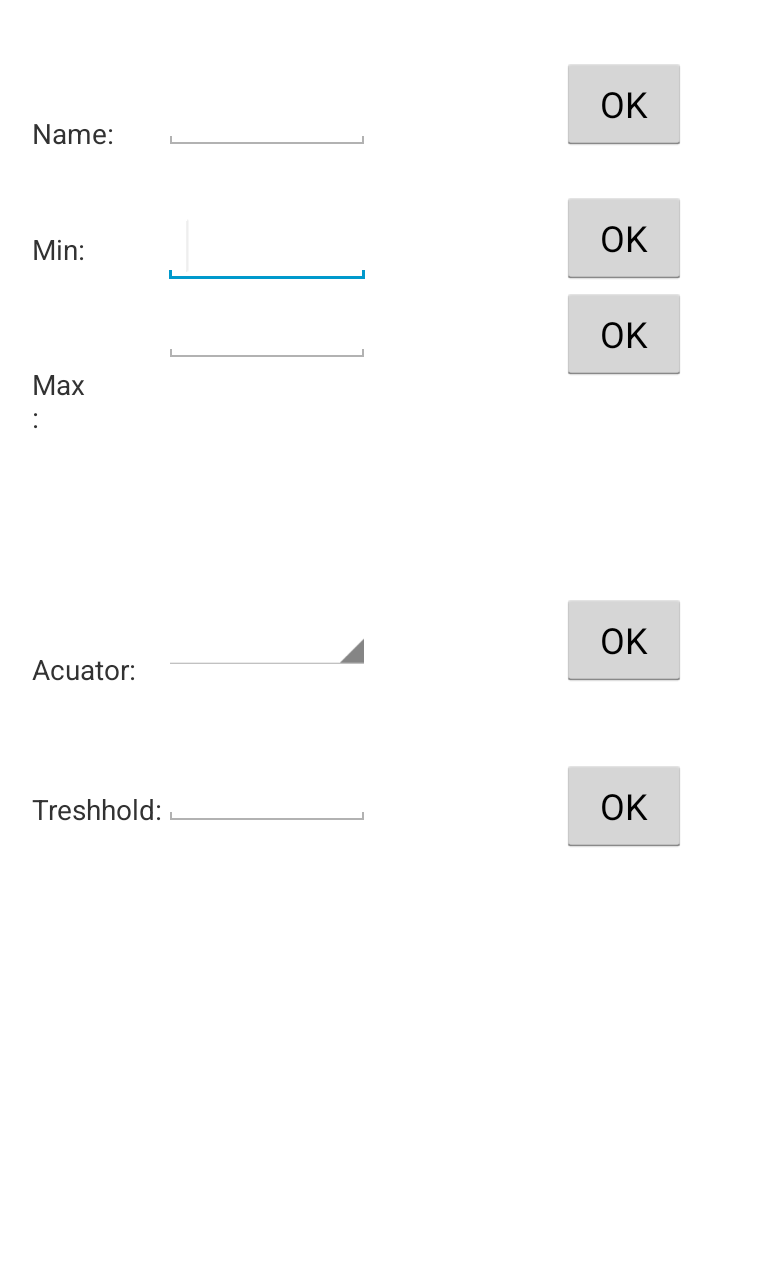
Repository: CTIS-SP-Team5/greenAgent
Layout: Android/GreenAgent/GreenAgent/res/layout/activity_view_setting.xml
The author's editor kept a copy of each file at every save. The layout is drawn from the files as they stood at one save, then again after the next save.
It is drawn on a 768 x 1280 px phone screen (xhdpi) without system bars, with theme AppTheme; the app's code is not run.

Above is the layout before, as saved 2014-05-05 18:12:04.

After the next save:
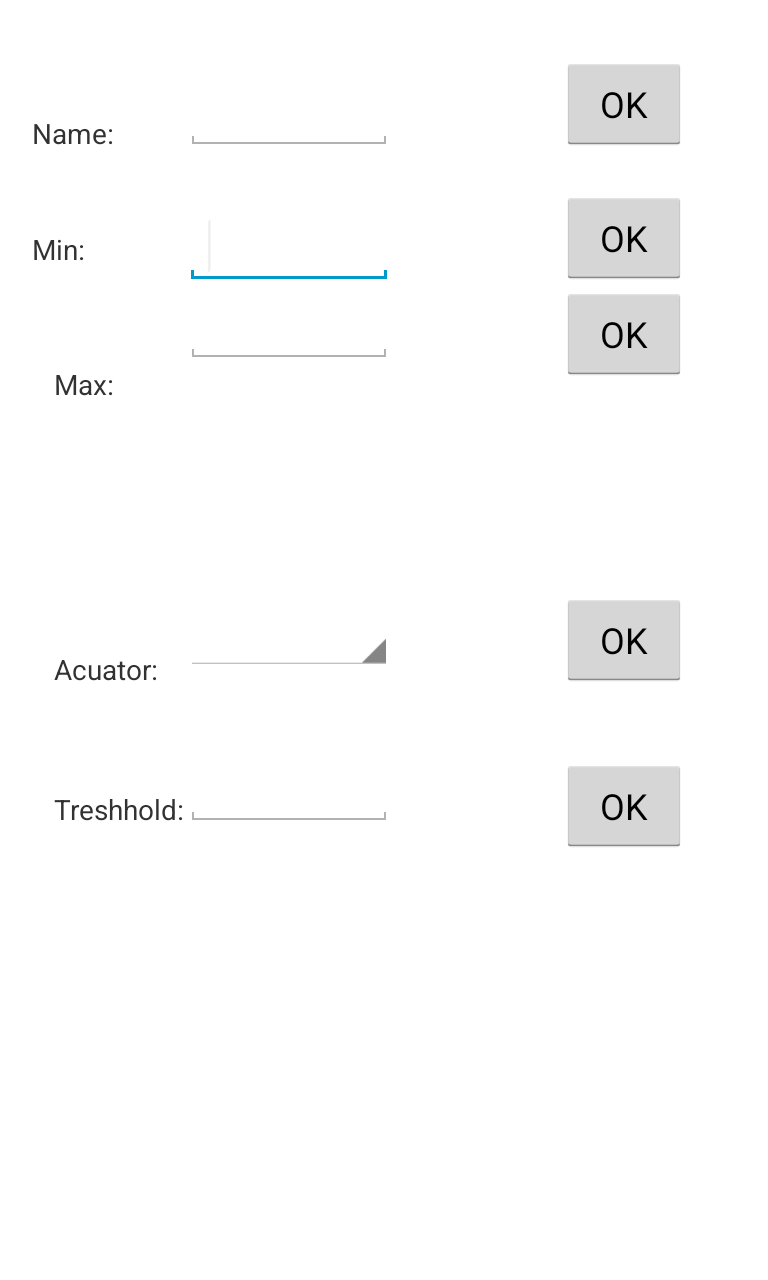
Saved 24 s later.
--- a/Android/GreenAgent/GreenAgent/res/layout/activity_view_setting.xml
+++ b/Android/GreenAgent/GreenAgent/res/layout/activity_view_setting.xml
@@ -132,7 +132,7 @@
         android:id="@+id/textView3"
         android:layout_width="wrap_content"
         android:layout_height="wrap_content"
-        android:layout_alignRight="@+id/textView1"
+        android:layout_alignRight="@+id/textView2"
         android:layout_below="@+id/editText3"
         android:text="Max:" />
 
